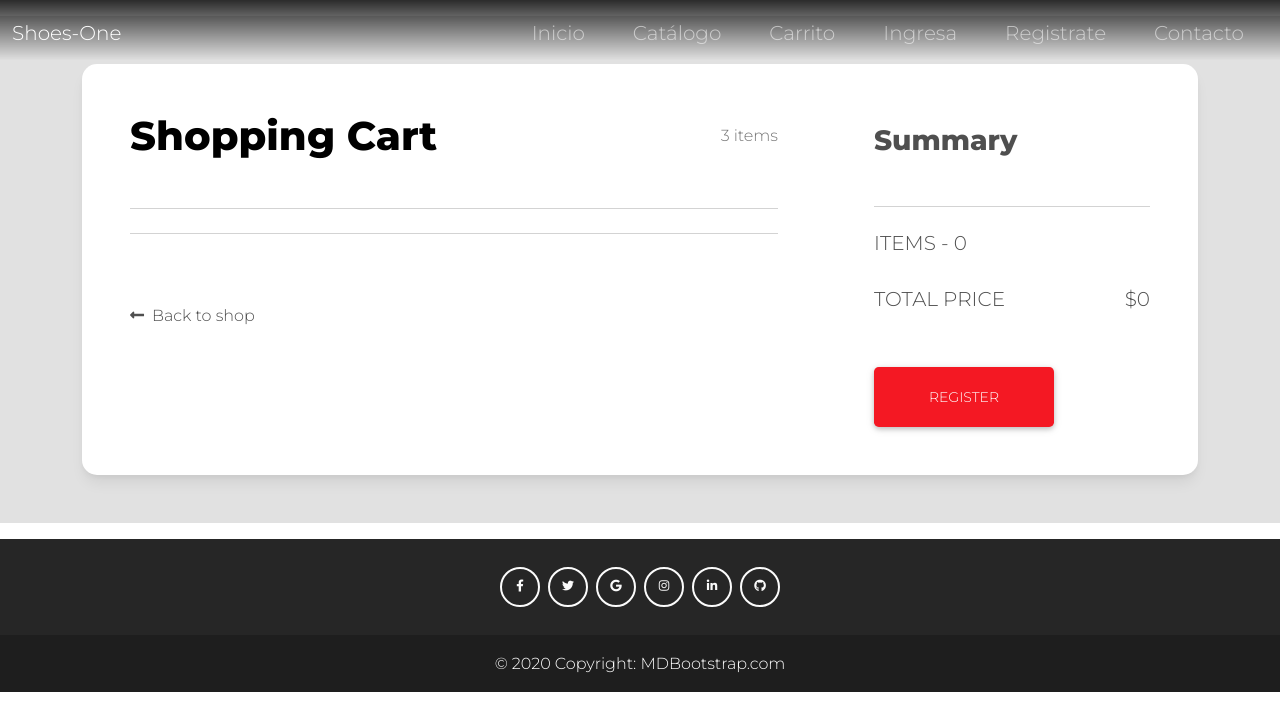
Repository: iCaaamz/Shoes-One-Final-Proyect-BIT
Page: /shoppinCard (app in shoes-one-a/)
An editor plug-in stored every save of this project. The page is shown before and after the next save, followed by the edit.
The browser window is 1280 px wide. The pictures show the whole page.
The project was rebuilt for these pictures with package versions that can differ from the ones it lists, and the page was loaded fresh each time. Also part of the build but not shown: shoes-one-a/angular.json, shoes-one-a/src/app/components/catalog/catalog1/catalog1.component.ts, shoes-one-a/src/app/components/catalog/catalog2/catalog2.component.ts, shoes-one-a/src/app/components/contact/contact.component.ts, shoes-one-a/src/app/components/home/home.component.ts, shoes-one-a/src/app/components/landing/landing.component.ts, shoes-one-a/src/app/components/login/login.component.ts, shoes-one-a/src/app/components/product-info/product-info.component.ts and 2 more.

Above is the page before, as saved 2022-03-15 21:33:46.

After the next save:
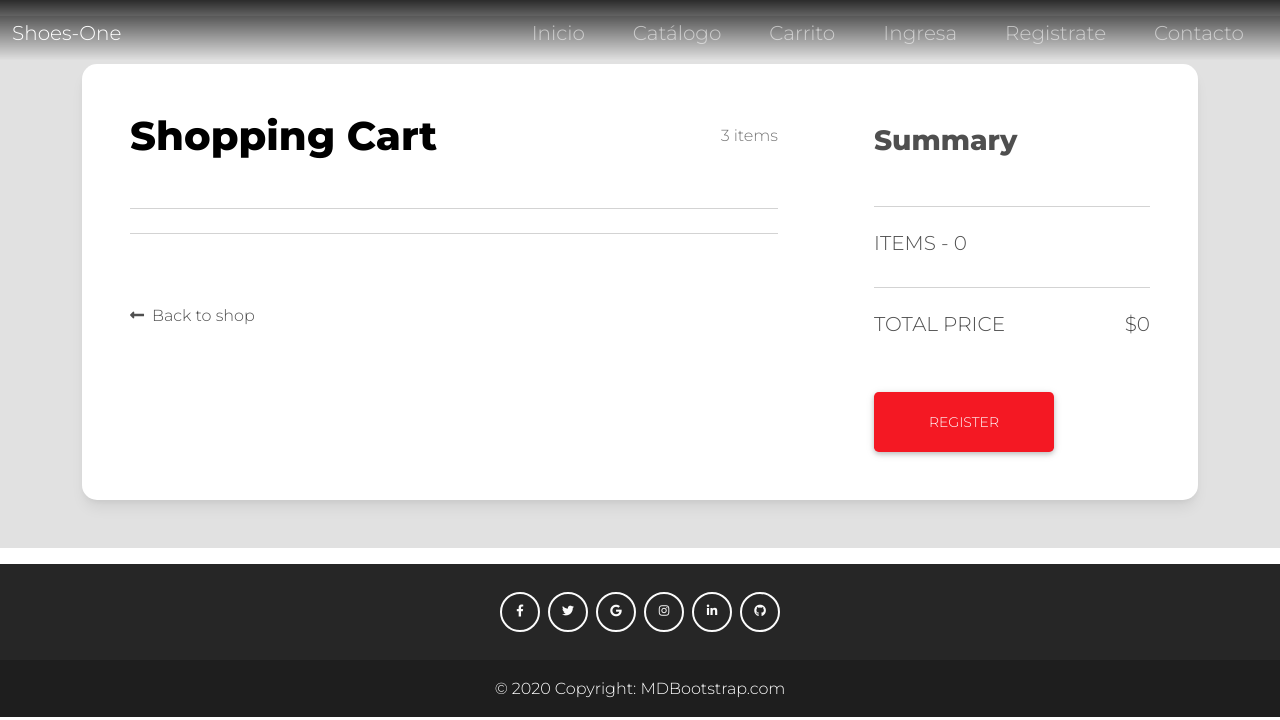
Saved 7 s later.
--- a/shoes-one-a/src/app/components/shoppin-card/shoppin-card.component.html
+++ b/shoes-one-a/src/app/components/shoppin-card/shoppin-card.component.html
@@ -92,6 +92,8 @@
 
 
 
+                  <hr class="my-4" />
+
                   <div class="d-flex justify-content-between mb-5">
                     <h5 class="text-uppercase">Total price</h5>
                     <h5>${{priceSum(productService.selectedProduct.shoppingCart)}}</h5>
